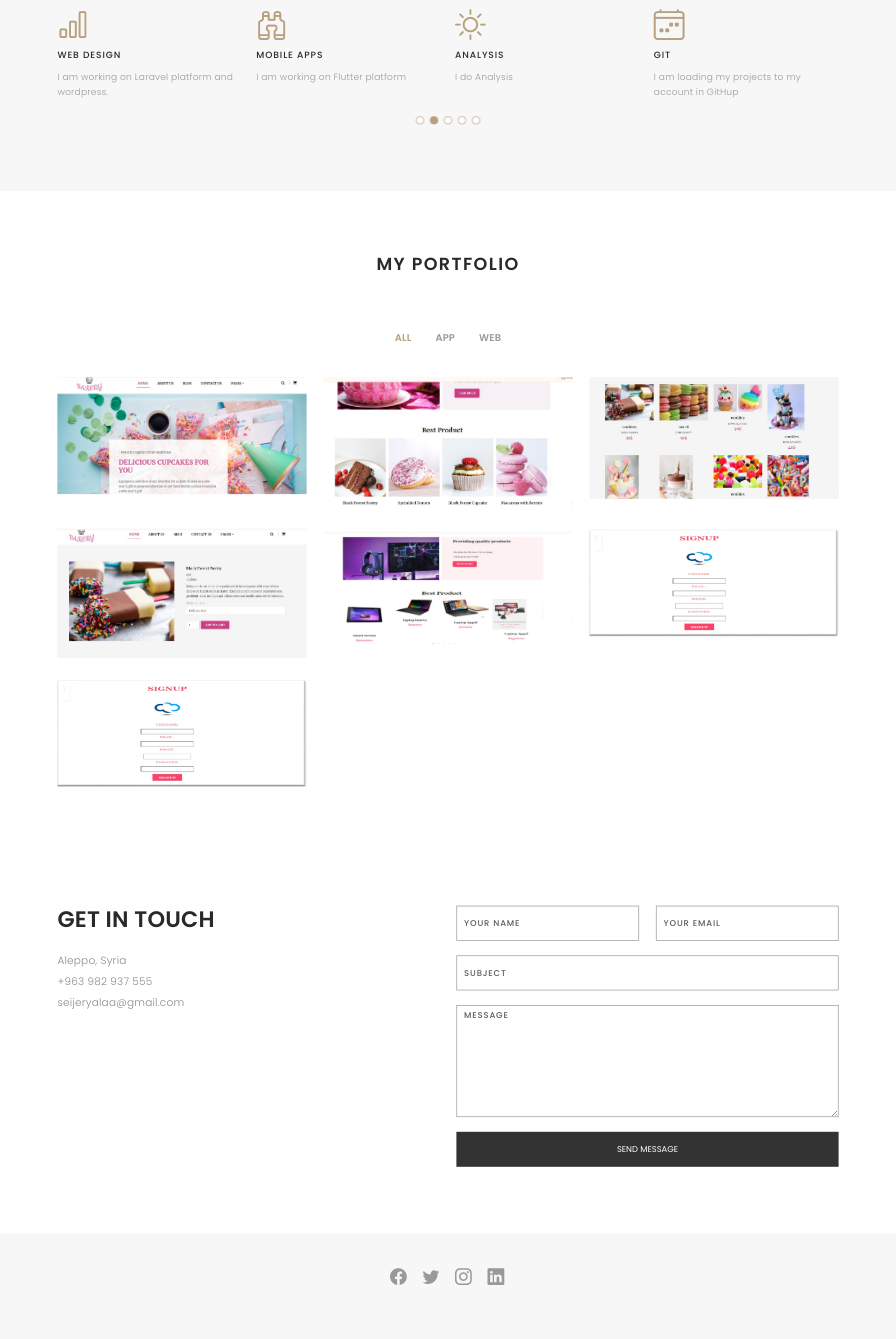
Repository: AlaaBashirSaijary/Library
Page: http://localhost/home
These files come from the project's save history. The page is drawn as it stood at one moment and after the next save; the edit follows.
The browser window is 1280 px wide. The pictures show the part of the page from y = 1327 to 3247 px (the page is 3240 px tall before and 3247 px after), at 70% of full size.
Some web fonts or font styles are not loaded; a fallback is used. The page is served by the project's Laravel application, run on PHP 8.4 with Laravel 10. Other server files are loaded and not shown.

Above is the page before, as saved 2024-01-07 11:45:50.

### routes/web.php
<?php
use App\Http\Controllers\PagesController;
use Illuminate\Support\Facades\Route;

/*
|--------------------------------------------------------------------------
| Web Routes
|--------------------------------------------------------------------------
|
| Here is where you can register web routes for your application. These
| routes are loaded by the RouteServiceProvider and all of them will
| be assigned to the "web" middleware group. Make something great!
|
*/

Route::get('/', function () {
    return view('welcome');
});
// Route::get('/home', function () {
//     return view('pages.home');
// });

Route::get('/singgle', function () {
    return view('pages.blog-single');
});
Route::get('/details', function () {
    return view('pages.portfolio-details');
});
Route::get(
    '/home',
    [PagesController::class, 'getHome']
)->name("Home");
Route::get(
    '/details',
    [PagesController::class, 'getdetails']
)->name("Details");
Route::get(
    '/blog',
    [PagesController::class, 'getblog']
)->name("Blog");

### app/Http/Controllers/PagesController.php
<?php

namespace App\Http\Controllers;

use Illuminate\Http\Request;
use App\Models\Contact;
class PagesController extends Controller
{
    //
    public function getHome(){
        return view("pages.home");
    }
    public function getdetails(){
        return view("pages.portfolio-details");
    }

public function getblog(){

        return view("pages.blog-single");
    }

    public function storeComment(Request $requst){
        //dd($requst);
        $comment=new Contact;
        $validated = $requst->validate([
            'email' => 'required|max:255',

        ]);
        $comment->name=$requst->name;

        $comment->email=$requst->email;
        $comment->message=$requst->message;
        $comment->save();
        return redirect("/comment");
    }
}

### resources/views/pages/home.blade.php
@extends("master.app")

@section("content")
  <!-- ======= Hero Section ======= -->
  <div id="hero" class="home">

    <div class="container">
      <div class="hero-content">
        <h1>I'm <span class="typed" data-typed-items="Alaa Saijary,Website  Developer ,Website Tester,Mobile App Developer , Freelancer, Writer"></span></h1>
        <p>Website  Developer ,Website Tester,Mobile App Developer , Freelancer, Writer</p>

        <ul class="list-unstyled list-social">
          <li><a href="#"><i class="bi bi-facebook"></i></a></li>
          <li><a href="#"><i class="bi bi-twitter"></i></a></li>
          <li><a href="#"><i class="bi bi-instagram"></i></a></li>
          <li><a href="#"><i class="bi bi-linkedin"></i></a></li>
        </ul>
      </div>
    </div>
  </div><!-- End Hero -->

  <main id="main">

    <!-- ======= About Section ======= -->
    <div id="about" class="paddsection">
      <div class="container">
        <div class="row justify-content-between">

          <div class="col-lg-4 ">
            <div class="div-img-bg">
              <div class="about-img">
                <img src="{{ asset('img/me.jpg') }}" class="img-responsive" alt="me">
              </div>
            </div>
          </div>

          <div class="col-lg-7">
            <div class="about-descr">

              <p class="p-heading">Im a person who is passionate about Software Development and I love Solving the Problems that I face during programming. </p>
              <p class="separator">I strive for the software to be safe for use by the User.</p>

            </div>

          </div>
        </div>
      </div>
    </div><!-- End About Section -->

    <!-- ======= Services Section ======= -->
    <div id="services">
      <div class="container">

        <div class="services-slider swiper" data-aos="fade-up" data-aos-delay="100">
          <div class="swiper-wrapper">

            <div class="swiper-slide">
              <div class="services-block">
                <i class="bi bi-briefcase"></i>
                <span>Python Project</span>
                <p class="separator">I am programming in python. </p>
              </div>
            </div><!-- End testimonial item -->



            <div class="swiper-slide">
              <div class="services-block">
                <i class="bi bi-bar-chart"></i>
                <span>WEB DESIGN</span>
                <p class="separator">I am working on Laravel platform and wordpress.</p>
              </div>
            </div><!-- End testimonial item -->

            <div class="swiper-slide">
              <div class="services-block">
                <i class="bi bi-binoculars"></i>
                <span>MOBILE APPS</span>
                <p class="separator">I am working on Flutter platform </p>
              </div>
            </div><!-- End testimonial item -->

            <div class="swiper-slide">
              <div class="services-block">
                <i class="bi bi-brightness-high"></i>
                <span>Analysis</span>
                <p class="separator">I do  Analysis  </p>
              </div>
            </div><!-- End testimonial item -->

            <div class="swiper-slide">
              <div class="services-block">
                <i class="bi bi-calendar4-week"></i>
                <span>Git</span>
                <p class="separator">I am loading my projects to my account in GitHup </p>
              </div>
            </div><!-- End testimonial item -->

          </div>
          <div class="swiper-pagination"></div>
        </div>

      </div>

    </div><!-- End Services Section -->

    <!-- ======= Portfolio Section ======= -->
    <div id="portfolio" class="paddsection">

      <div class="container">
        <div class="section-title text-center">
          <h2>My Portfolio</h2>
        </div>
      </div>

      <div class="container">

        <div class="row">
          <div class="col-lg-12 d-flex justify-content-center">
            <ul id="portfolio-flters">
              <li data-filter="*" class="filter-active">All</li>
              <li data-filter=".filter-app">App</li>
              <li data-filter=".filter-web">Web</li>
            </ul>
          </div>
        </div>

        <div class="row portfolio-container">

          <div class="col-lg-4 col-md-6 portfolio-item filter-app">
            <img src="{{ asset('img/portfolio/portfolio-1.jpg') }}" class="img-fluid" alt="">
            <div class="portfolio-info">
              {{-- <h4>App 1</h4> --}}
              <p>Web</p>
              <a href="{{ asset('img/portfolio/portfolio-1.jpg') }}" data-gallery="portfolioGallery" class="portfolio-lightbox preview-link" title="App"><i class="bx bx-plus"></i></a>
              <a href='{{ route("Details") }}'  class="details-link" title="More Details"><i class="bx bx-link"></i></a>
            </div>
          </div>

          <div class="col-lg-4 col-md-6 portfolio-item filter-web">
            <img src="{{ asset('img/portfolio/portfolio-2.jpg') }}" class="img-fluid" alt="">
            <div class="portfolio-info">
              {{-- <h4>Web 3</h4> --}}
              <p>Web</p>
              <a href="{{ asset('img/portfolio/portfolio-2.jpg') }}" data-gallery="portfolioGallery" class="portfolio-lightbox preview-link" title="Web"><i class="bx bx-plus"></i></a>
              <a href='{{ route("Details") }}' class="details-link" title="More Details"><i class="bx bx-link"></i></a>
            </div>
          </div>

          <div class="col-lg-4 col-md-6 portfolio-item filter-app">
            <img src="{{ asset('img/portfolio/portfolio-3.jpg') }}" class="img-fluid" alt="">
            <div class="portfolio-info">
              {{-- <h4>App 2</h4> --}}
              <p>Web</p>
              <a href="{{ asset('img/portfolio/portfolio-3.jpg') }}" data-gallery="portfolioGallery" class="portfolio-lightbox preview-link" title="App"><i class="bx bx-plus"></i></a>
              <a href='{{ route("Details") }}'  class="details-link" title="More Details"><i class="bx bx-link"></i></a>
            </div>
          </div>

          <div class="col-lg-4 col-md-6 portfolio-item filter-card">
            <img src="{{ asset('img/portfolio/portfolio-4.jpg') }}" class="img-fluid" alt="">
            <div class="portfolio-info">
              {{-- <h4>Card 2</h4> --}}
              <p>Web</p>
              <a href="{{ asset('img/portfolio/portfolio-4.jpg') }}" data-gallery="portfolioGallery" class="portfolio-lightbox preview-link" title="Web"><i class="bx bx-plus"></i></a>
              <a href='{{ route("Details") }}'  class="details-link" title="More Details"><i class="bx bx-link"></i></a>
            </div>
          </div>

          <div class="col-lg-4 col-md-6 portfolio-item filter-web">
            <img src="{{ asset('img/portfolio/portfolio-5.jpg') }}" class="img-fluid" alt="">
            <div class="portfolio-info">
              <h4>Web </h4>
              <p>Web</p>
              <a href="{{ asset('img/portfolio/portfolio-5.jpg') }}" data-gallery="portfolioGallery" class="portfolio-lightbox preview-link" title="Web"><i class="bx bx-plus"></i></a>
              <a href='{{ route("Details") }}'  class="details-link" title="More Details"><i class="bx bx-link"></i></a>
            </div>
          </div>

          <div class="col-lg-4 col-md-6 portfolio-item filter-app">
            <img src="{{ asset('img/portfolio/portfolio-6.jpg') }}" class="img-fluid" alt="">
            <div class="portfolio-info">
              <h4>App </h4>
              <p>App</p>
              <a href="{{ asset('img/portfolio/portfolio-6.jpg') }}" data-gallery="portfolioGallery" class="portfolio-lightbox preview-link" title="App"><i class="bx bx-plus"></i></a>
              <a href='{{ route("Details") }}'  class="details-link" title="More Details"><i class="bx bx-link"></i></a>
            </div>
          </div>
          <div class="col-lg-4 col-md-6 portfolio-item filter-app">
            <img src="{{ asset('img/portfolio/portfolio-6.jpg') }}" class="img-fluid" alt="">
            <div class="portfolio-info">
              <h4>App </h4>
              <p>App</p>
              <a href="{{ asset('img/portfolio/portfolio-6.jpg') }}" data-gallery="portfolioGallery" class="portfolio-lightbox preview-link" title="App"><i class="bx bx-plus"></i></a>
              <a href='{{ route("Details") }}'  class="details-link" title="More Details"><i class="bx bx-link"></i></a>
            </div>
          </div>

        </div>

      </div>

    </div><!-- End Portfolio Section -->



    <!-- ======= Contact Section ======= -->
    <div id="contact" class="paddsection">
      <div class="container">
        <div class="contact-block1">
          <div class="row">

            <div class="col-lg-6">
              <div class="contact-contact">

                <h2 class="mb-30">GET IN TOUCH</h2>

                <ul class="contact-details">
                  <li><span>Aleppo, Syria</span></li>
                  <li><span>+963 982 937 555</span></li>
                  <li><span>seijeryalaa@gmail.com</span></li>
                </ul>

              </div>
            </div>

            <div class="col-lg-6">
              <form action="forms/contact.php" method="post" role="form" class="php-email-form">
                <div class="row gy-3">

                  <div class="col-lg-6">
                    <div class="form-group contact-block1">
                      <input type="text" name="name" class="form-control" id="name" placeholder="Your Name" required>
                    </div>
                  </div>

                  <div class="col-lg-6">
                    <div class="form-group">
                      <input type="email" class="form-control" name="email" id="email" placeholder="Your Email" required>
                    </div>
                  </div>

                  <div class="col-lg-12">
                    <div class="form-group">
                      <input type="text" class="form-control" name="subject" id="subject" placeholder="Subject" required>
                    </div>
                  </div>

                  <div class="col-lg-12">
                    <div class="form-group">
                      <textarea class="form-control" name="message" placeholder="Message" required></textarea>
                    </div>
                  </div>

                  <div class="col-lg-12">
                    <div class="loading">Loading</div>
                    <div class="error-message"></div>
                    <div class="sent-message">Your message has been sent. Thank you!</div>
                  </div>

                  <div class="mt-0">
                    <input type="submit" class="btn btn-defeault btn-send" value="Send message">
                  </div>

                </div>
              </form>
            </div>
          </div>
        </div>
      </div>
    </div><!-- End Contact Section -->

  </main><!-- End #main -->

@endsection

### resources/views/master/app.blade.php
<!DOCTYPE html>
<html lang="en">

<head>
  <meta charset="utf-8">
  <meta content="width=device-width, initial-scale=1.0" name="viewport">

  <title>Alaa Saijary</title>
  <meta content="" name="description">
  <meta content="" name="keywords">

  <!-- Favicons -->
  <link href="{{ asset("img/favicon.png") }}" rel="icon">
  <link href="{{ asset("img/apple-touch-icon.png") }}" rel="apple-touch-icon">

  <!-- Google Fonts -->
  <link href="https://fonts.googleapis.com/css?family=Poppins:300,300i,400,400i,500,500i,600,600i,700,700i|Playfair+Display:400,400i,500,500i,600,600i,700,700i,900,900i" rel="stylesheet">

  <!-- Vendor CSS Files -->
  <link href='{{asset("vendor/bootstrap/css/bootstrap.min.css")  }}' rel="stylesheet">
  <link href='{{asset("vendor/bootstrap-icons/bootstrap-icons.css")  }}' rel="stylesheet">
  <link href='{{asset("vendor/boxicons/css/boxicons.min.css")  }}' rel="stylesheet">
  <link href='{{asset("vendor/glightbox/css/glightbox.min.css")  }}' rel="stylesheet">
  <link href='{{asset("vendor/swiper/swiper-bundle.min.css")  }}' rel="stylesheet">

  <!-- Template Main CSS File -->
  <link href='{{ asset("css/style.css") }}' rel="stylesheet">

  <!-- =======================================================
  * Template Name: Folio
  * Updated: Nov 17 2023 with Bootstrap v5.3.2
  * Template URL: https://bootstrapmade.com/folio-bootstrap-portfolio-template/
  * Author: BootstrapMade.com
  * License: https://bootstrapmade.com/license/
  ======================================================== -->
</head>

<body>


@include("master.header")
@yield("content")
@include("master.footer")


  <a href="#" class="back-to-top d-flex align-items-center justify-content-center"><i class="bi bi-arrow-up-short"></i></a>

  <!-- Vendor JS Files -->
  <script src='{{ asset("vendor/bootstrap/js/bootstrap.bundle.min.js") }}'></script>
  <script src='{{ asset("vendor/glightbox/js/glightbox.min.js") }}'></script>
  <script src='{{ asset("vendor/isotope-layout/isotope.pkgd.min.js") }}'></script>
  <script src='{{ asset("vendor/swiper/swiper-bundle.min.js") }}'></script>
  <script src='{{ asset("vendor/typed.js/typed.umd.js") }}'></script>
  <script src='{{ asset("vendor/php-email-form/validate.js") }}'></script>

  <!-- Template Main JS File -->
  <script src='{{ asset("js/main.js") }}'></script>

</body>

</html>

### resources/views/master/header.blade.php
  <!-- ======= Header ======= -->
  <header id="header" class="fixed-top ">
    <div class="container d-flex align-items-center justify-content-between">

      <a href='{{ route("Home") }}' class="logo"><img src="assets/img/logo.png" alt="" class="img-fluid"></a>
      <!-- Uncomment below if you prefer to use an text logo -->
      <!-- <h1 class="logo"><a href="index.html">Folio</a></h1> -->

      <nav id="navbar" class="navbar">
        <ul>
          <li><a class="nav-link scrollto active" href='{{ route("Home") }}'>Home</a></li>
          <li><a class="nav-link scrollto" href="{{ route("Home") }}">About</a></li>
          <li><a class="nav-link  scrollto" href="#portfolio">Portfolio</a></li>

          {{-- <li class="dropdown"><a href="#"><span>Drop Down</span> <i class="bi bi-chevron-down"></i></a>
            <ul>
              <li><a href="#">Drop Down 1</a></li>
              <li class="dropdown"><a href="#"><span>Deep Drop Down</span> <i class="bi bi-chevron-right"></i></a>
                <ul>
                  <li><a href="#">Deep Drop Down 1</a></li>
                  <li><a href="#">Deep Drop Down 2</a></li>
                  <li><a href="#">Deep Drop Down 3</a></li>
                  <li><a href="#">Deep Drop Down 4</a></li>
                  <li><a href="#">Deep Drop Down 5</a></li>
                </ul>
              </li>
              <li><a href="#">Drop Down 2</a></li>
              <li><a href="#">Drop Down 3</a></li>
              <li><a href="#">Drop Down 4</a></li>
            </ul>
          </li> --}}
          <li><a class="nav-link scrollto" href="#contact">Contact</a></li>
        </ul>
        <i class="bi bi-list mobile-nav-toggle"></i>
      </nav><!-- .navbar -->

    </div>
  </header><!-- End Header -->

### resources/views/master/footer.blade.php
<div id="footer" class="text-center">
    <div class="container">
      <div class="socials-media text-center">

        <ul class="list-unstyled">
          <li><a href="#"><i class="bi bi-facebook"></i></a></li>
          <li><a href="#"><i class="bi bi-twitter"></i></a></li>
          <li><a href="#"><i class="bi bi-instagram"></i></a></li>
          <li><a href="#"><i class="bi bi-linkedin"></i></a></li>
        </ul>

      </div>



      <div class="credits">
        <!--
        All the links in the footer should remain intact.
        You can delete the links only if you purchased the pro version.
        Licensing information: https://bootstrapmade.com/license/
        Purchase the pro version with working PHP/AJAX contact form: https://bootstrapmade.com/buy/?theme=Folio
      -->


    </div>
  </div><!-- End Footer -->

Loaded but not shown: app/Http/Controllers/Controller.php (common file); public/js/main.js (263 lines, source omitted); public/css/style.css (1546 lines, source omitted)

After the next save:
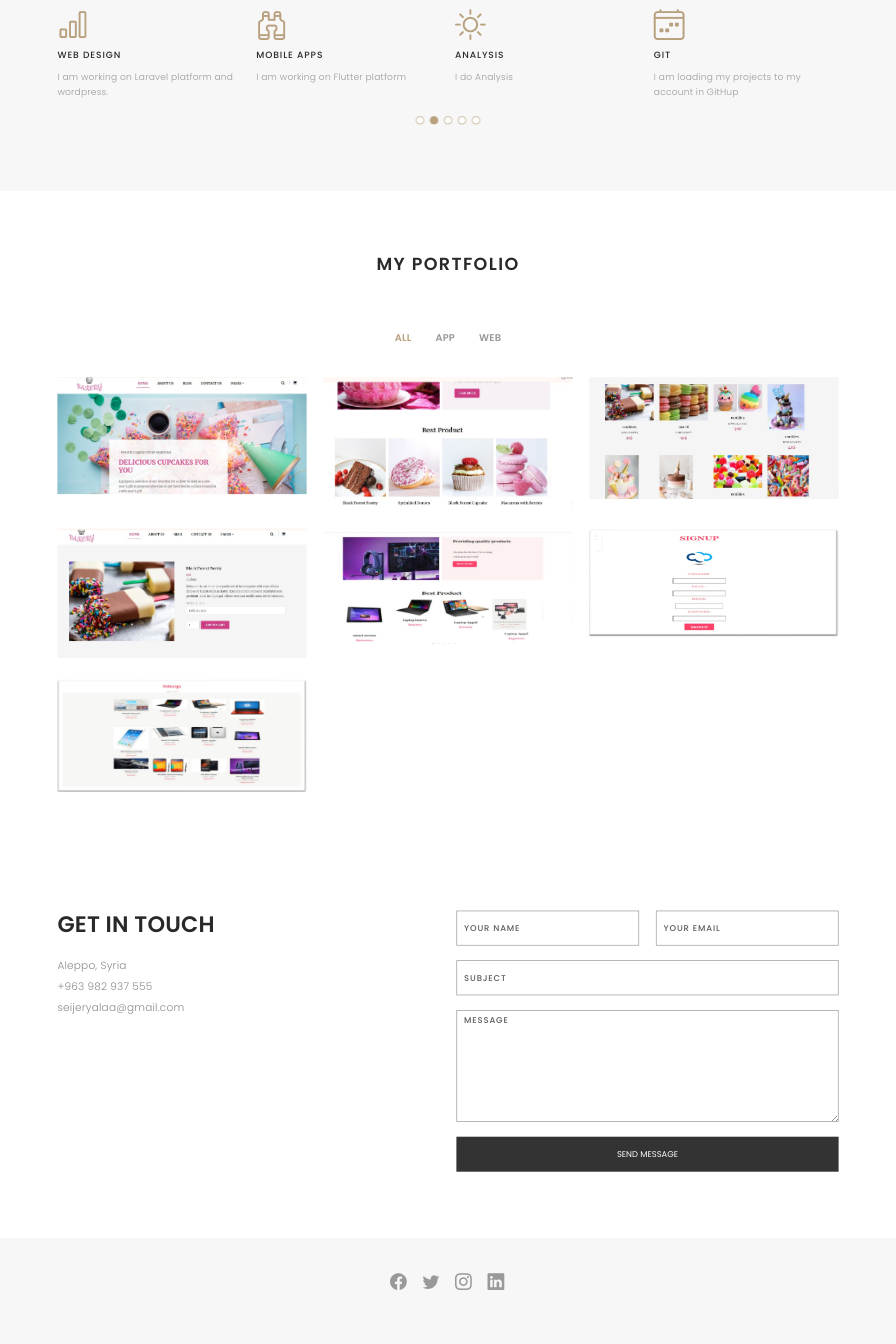
Saved 8 s later.
--- a/resources/views/pages/home.blade.php
+++ b/resources/views/pages/home.blade.php
@@ -187,7 +187,7 @@
             </div>
           </div>
           <div class="col-lg-4 col-md-6 portfolio-item filter-app">
-            <img src="{{ asset('img/portfolio/portfolio-6.jpg') }}" class="img-fluid" alt="">
+            <img src="{{ asset('img/portfolio/portfolio-7.jpg') }}" class="img-fluid" alt="">
             <div class="portfolio-info">
               <h4>App </h4>
               <p>App</p>
